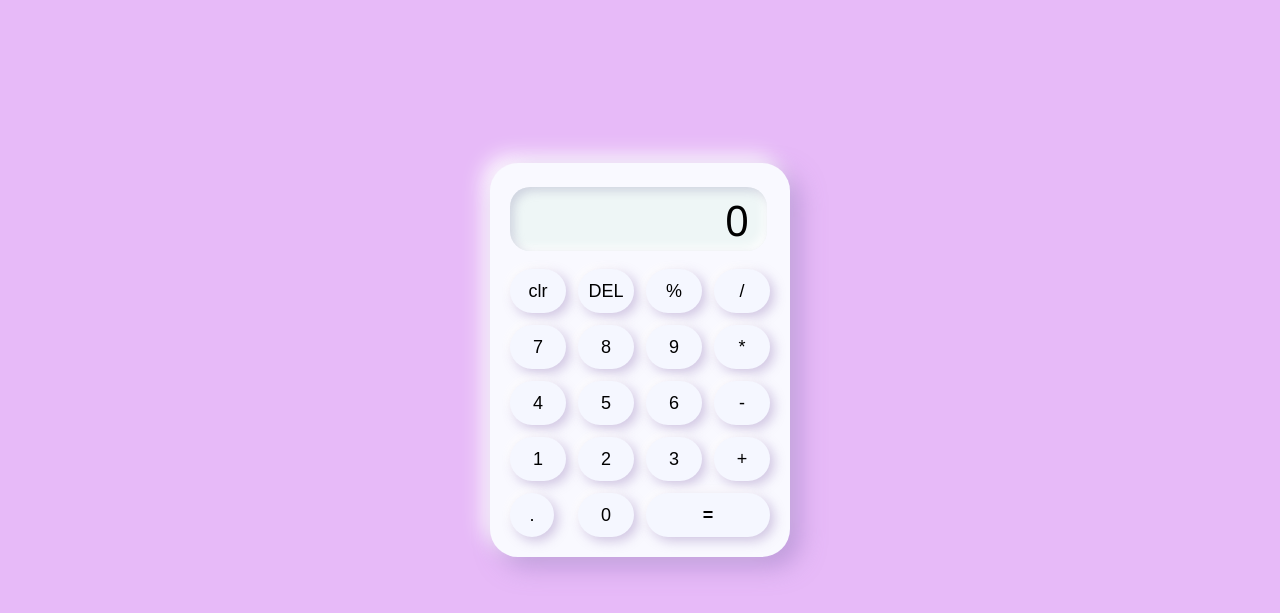
Repository: meti-guda/simple-calculator
Page: index.html
The author's editor kept a copy of each file at every save. The page is drawn from the files as they stood at one save, then again after the next save.
The browser window is 1280 px wide. The pictures show the whole page.

Above is the page before, as saved 2025-12-11 12:38:26.

After the next save:
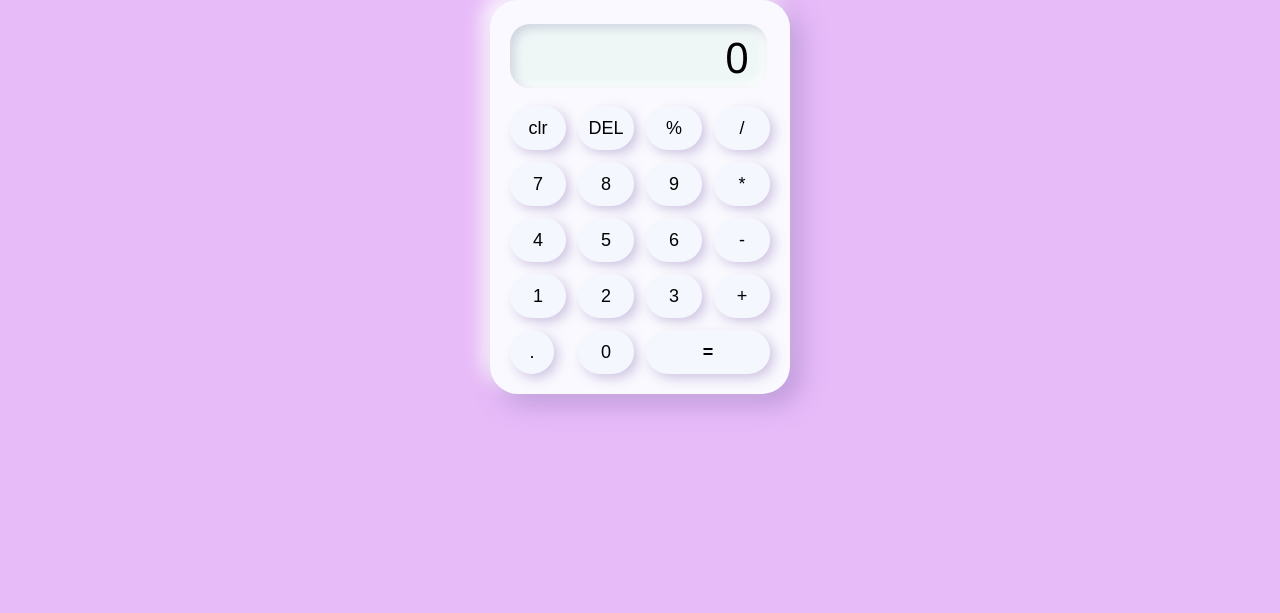
Saved 7 s later.
--- a/style.css
+++ b/style.css
@@ -1,5 +1,4 @@
 body {
-  min-height: 100vh;
   display: flex;
   align-items: center;
   justify-content: center;
